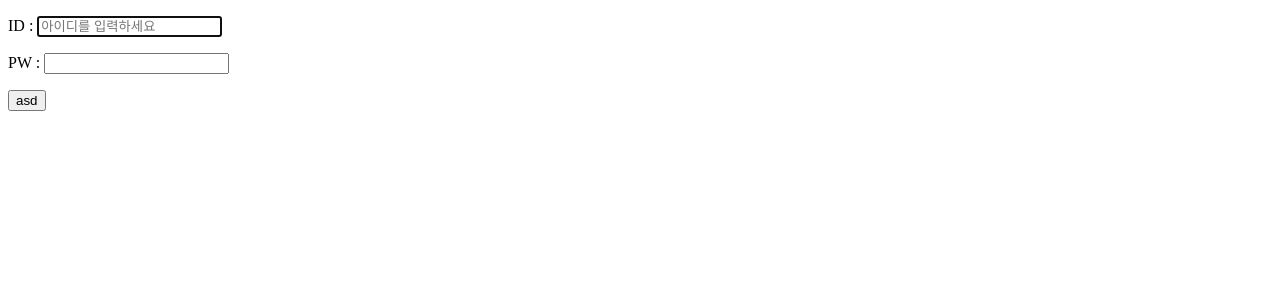
Repository: DongGeunLee99/SMHRD_
Page: 08_JSP/Ex01_GetPost/src/main/webapp/Ex01_Login.html
The author's editor kept a copy of each file at every save. The page is drawn from the files as they stood at one save, then again after the next save.
The browser window is 1280 px wide. The pictures show the whole page.

Above is the page before, as saved 2025-03-12 02:50:34.

After the next save:
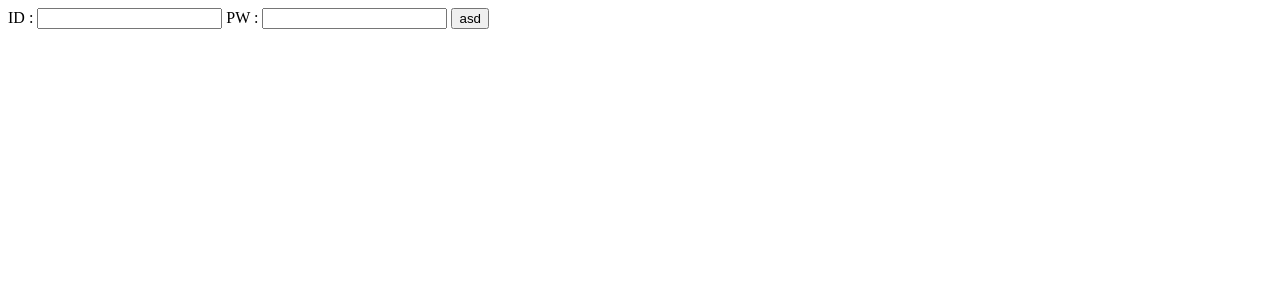
Saved 87 s later.
--- a/08_JSP/Ex01_GetPost/src/main/webapp/Ex01_Login.html
+++ b/08_JSP/Ex01_GetPost/src/main/webapp/Ex01_Login.html
@@ -9,13 +9,8 @@
 	<!-- login을 진행할 수 있도록 만들어보자 -->
 	<form action="Ex01_Login">
 
-		<p>
-            ID : <input type="text" name="id"
-            placeholder="아이디를 입력하세요" autofocus>
-        </p>
-        <p>
-            PW : <input type="password" name="pw" maxlength="16">
-        </p>
+        ID : <input type="text" name="id">
+        PW : <input type="password" name="pw">
         <input type="submit" value="asd">
 	</form>
 
